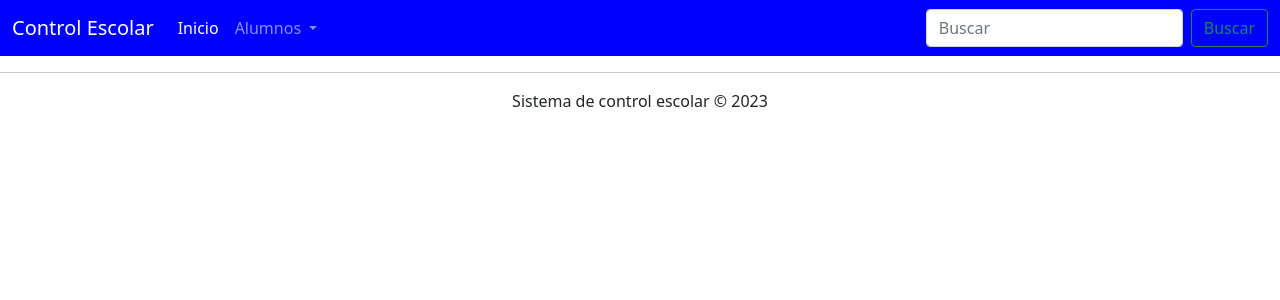
Repository: terrazasjuancarlos/cursoLaravel2-master
Page: http://localhost/alumnos
The author's editor kept a copy of each file at every save. The page is drawn from the files as they stood at one save, then again after the next save.
The browser window is 1280 px wide. The pictures show the whole page.
The page is served by the project's Laravel application, run on PHP 8.4 with Laravel 10. Other server files are loaded and not shown.

Above is the page before, as saved 2023-10-19 18:54:19.

### routes/web.php
<?php

use App\Http\Controllers\AlumnoController;
use App\Http\Controllers\bienvenidoController;
use Illuminate\Support\Facades\Route;

Route::get('/', function () {
    return view('welcome');
});

route::get('/bienvenido', [bienvenidoController::class, 'bienvenido']);

route::get('/alumnos', [AlumnoController::class, 'alumnos']);

### app/Http/Controllers/AlumnoController.php
<?php

namespace App\Http\Controllers;

use Illuminate\Http\Request;

class AlumnoController extends Controller
{
    public function alumnos(){
        return view('alumnos');
    }
}

### resources/views/alumnos.blade.php
@extends('master')

@section('contenido')

@stop

### resources/views/master.blade.php
<!DOCTYPE html>
<html lang="en">
<head>
    <meta charset="UTF-8">
    <meta name="viewport" content="width=device-width, initial-scale=1.0">
    <meta http-equiv="X-UA-Compatible" content="ie=edge">
    <title>Sistema de control escolar CETIS 107</title>
    <link rel="stylesheet" href="{{ asset('css/bootstrap.css') }}">
    <script src="{{ asset('code.jquery.com_jquery-3.7.1.js') }}"></script>
</head>
<body>
    <nav class="navbar navbar-expand-lg navbar-dark" style="background-color: blue;">
        <div class="container-fluid">
          <a class="navbar-brand" href="#">Control Escolar
          </a>
          <button class="navbar-toggler" type="button" data-bs-toggle="collapse" data-bs-target="#navbarSupportedContent" aria-controls="navbarSupportedContent" aria-expanded="false" aria-label="Toggle navigation">
            <span class="navbar-toggler-icon"></span>
          </button>
          <div class="collapse navbar-collapse" id="navbarSupportedContent">
            <ul class="navbar-nav me-auto mb-2 mb-lg-0">
              <li class="nav-item">
                <a class="nav-link active" aria-current="page" href="#">Inicio</a>
              </li>
              <li class="nav-item dropdown">
                <a class="nav-link dropdown-toggle" href="#" id="navbarDropdown" role="button" data-bs-toggle="dropdown" aria-expanded="false">
                  Alumnos
                </a>
                <ul class="dropdown-menu" aria-labelledby="navbarDropdown">
                  <li><a class="dropdown-item" href="#">Registrar alumno</a></li>
                  <li><a class="dropdown-item" href="#">Consultar alumnos</a></li>
                  <li><hr class="dropdown-divider"></li>
                  <li><a class="dropdown-item" href="#">Ir al inicio</a></li>
                </ul>
              </li>
            </ul>
            <form class="d-flex">
              <input class="form-control me-2" type="search" placeholder="Buscar" aria-label="Search">
              <button class="btn btn-outline-success" type="submit">Buscar</button>
            </form>
          </div>
        </div>
    </nav>

    <div class="container">
        <div class="row">
            <div class="col-12">
                @yield('contenido')
            </div>
        </div>
    </div>

    <footer class="text-center"><hr>
        Sistema de control escolar &copy; 2023
    </footer>
    <script src="{{ asset('js/bootstrap.js') }}"></script>
</body>
</html>

Loaded but not shown: app/Http/Controllers/Controller.php (common file); public/css/bootstrap.css (library); public/js/bootstrap.js (library)

After the next save:
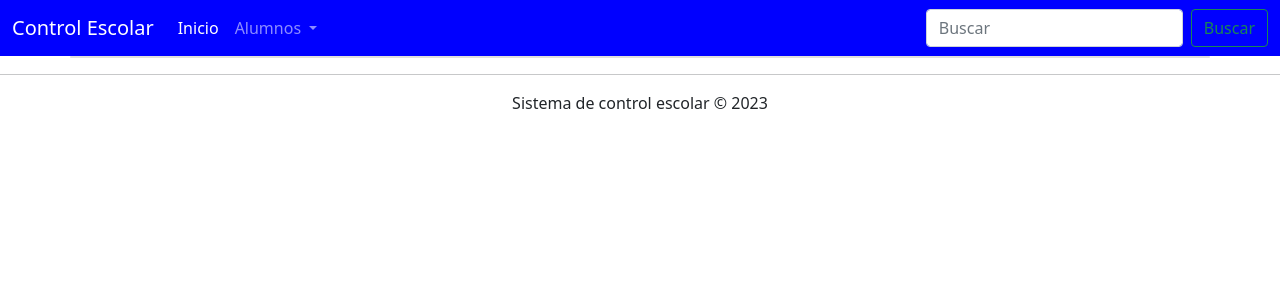
Saved 7 s later.
--- a/resources/views/master.blade.php
+++ b/resources/views/master.blade.php
@@ -43,7 +43,7 @@
 
     <div class="container">
         <div class="row">
-            <div class="col-12">
+            <div class="col-12 card">
                 @yield('contenido')
             </div>
         </div>
